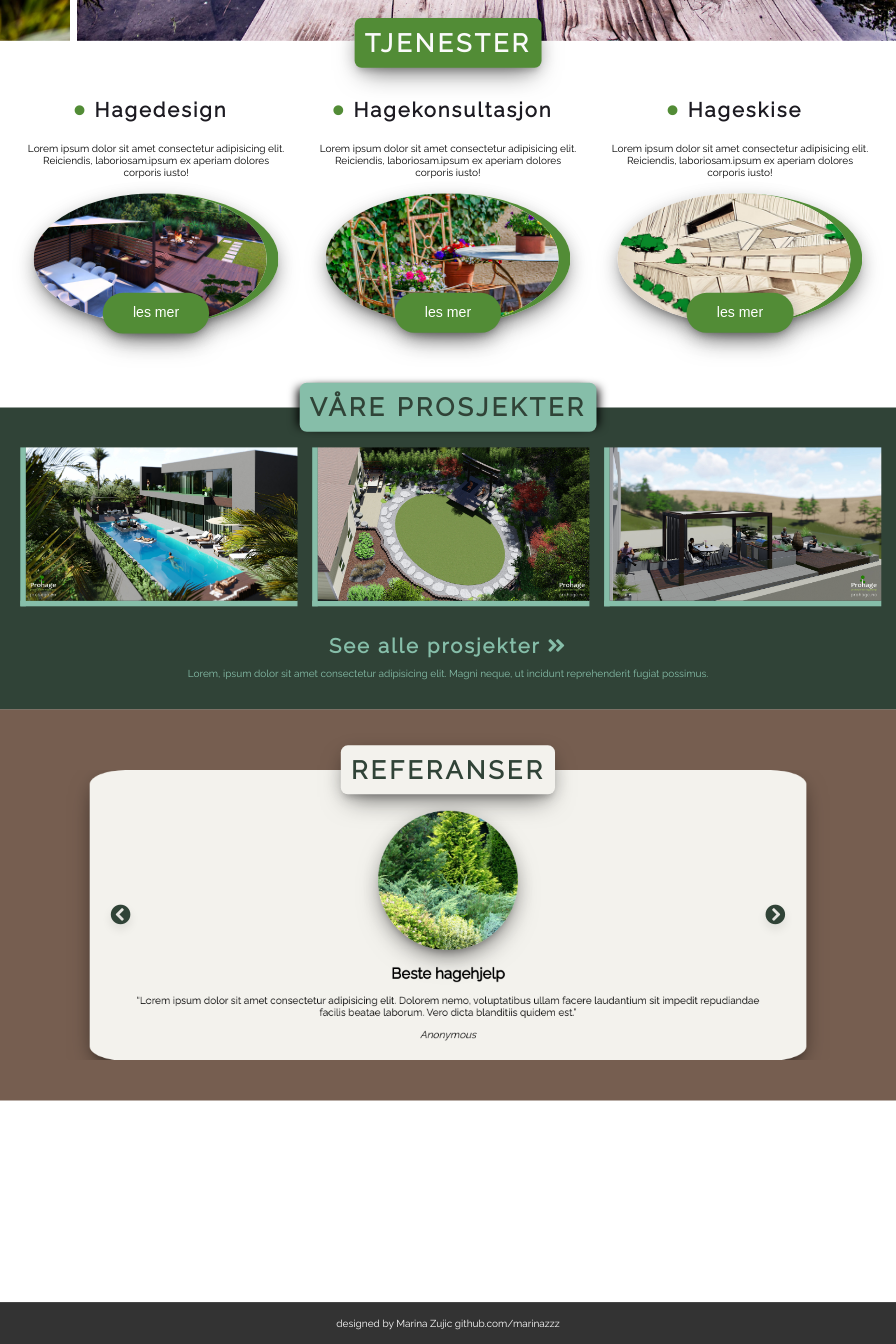
Repository: marinazzz/garden-design-website
Page: index.html
The author's editor kept a copy of each file at every save. The page is drawn from the files as they stood at one save, then again after the next save.
The browser window is 1280 px wide. The pictures show the part of the page from y = 943 to 2863 px (the page is 2863 px tall), at 70% of full size.

Above is the page before, as saved 2020-04-03 21:07:15.

After the next save:
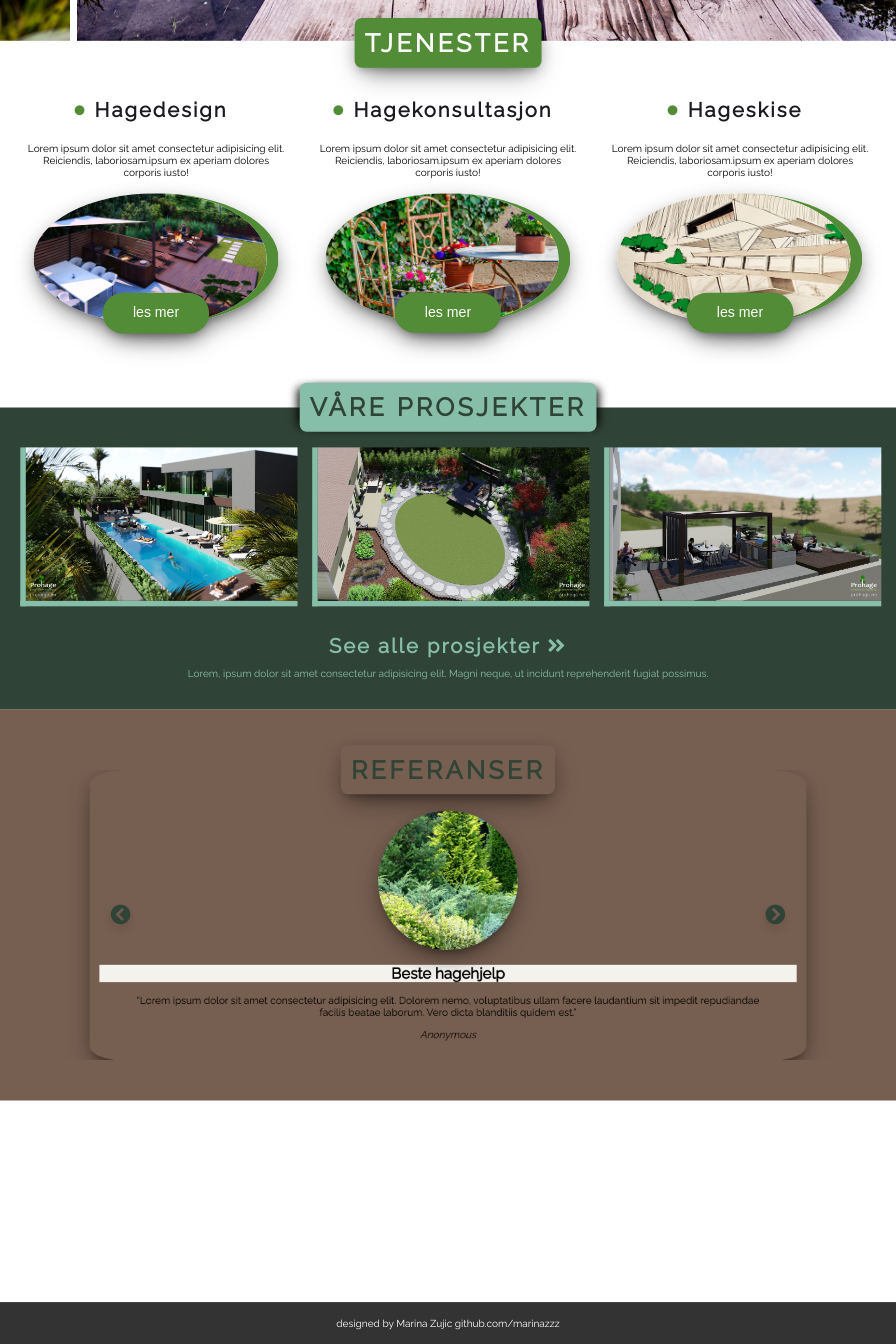
Saved 39 s later.
--- a/CSS/style.css
+++ b/CSS/style.css
@@ -430,8 +430,7 @@ body {
   border-radius: 50%;
 }
 
-.review__items,
-.reviews__title {
+.review__items h2 {
   background: #F3F2ED;
 }
 
